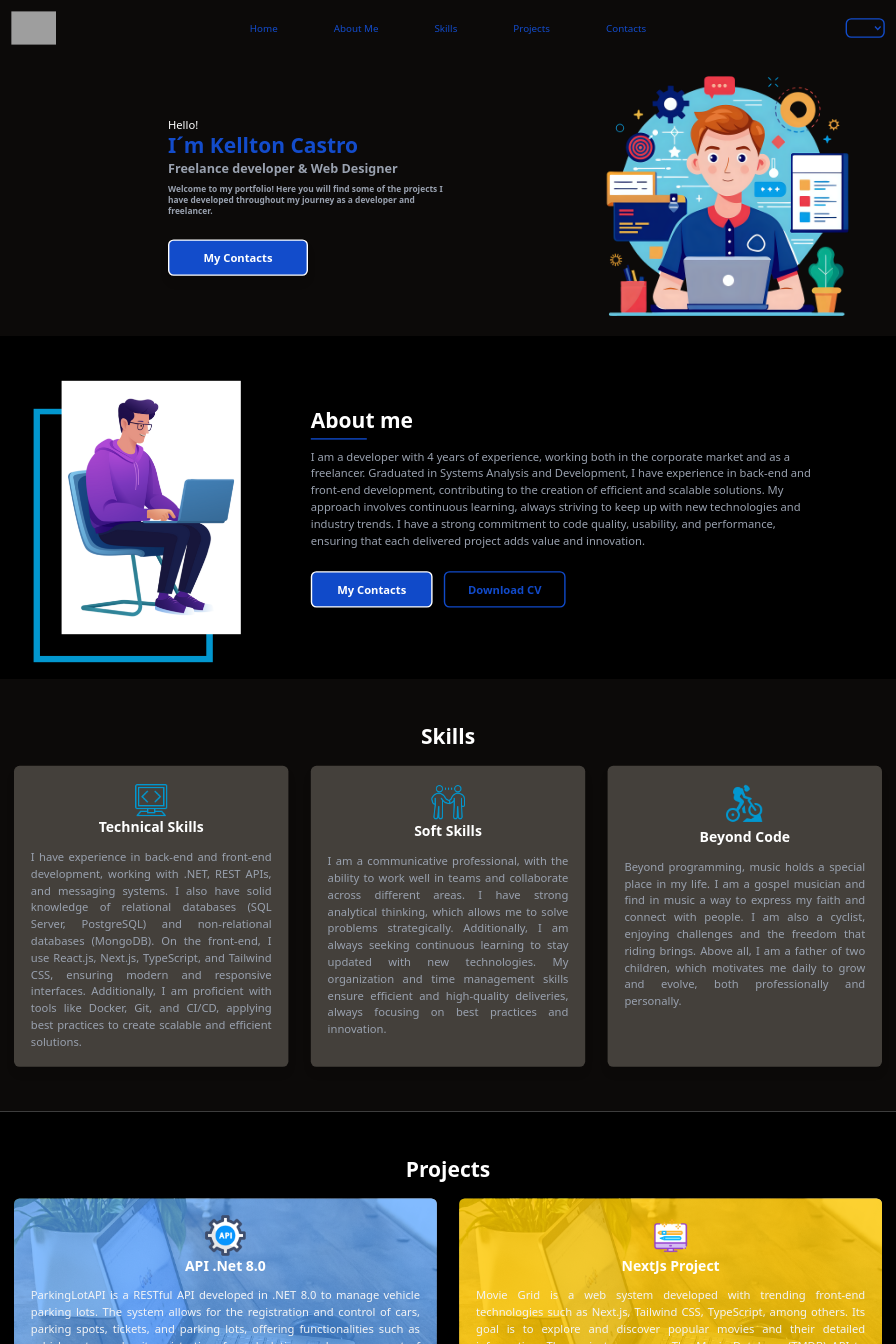
Repository: kcsdesenvolvedor/portfolio
Page: index.html
An editor plug-in stored every save of this project. The page is shown before and after the next save, followed by the edit.
The browser window is 1280 px wide. The pictures show the part of the page from y = 0 to 1920 px (the page is 2838 px tall), at 70% of full size.
Pictures or frames that could not be fetched are drawn as grey boxes.

Above is the page before, as saved 2025-03-26 17:39:57.
Console error: TypeError: Cannot read properties of null (reading 'textContent')

After the next save:
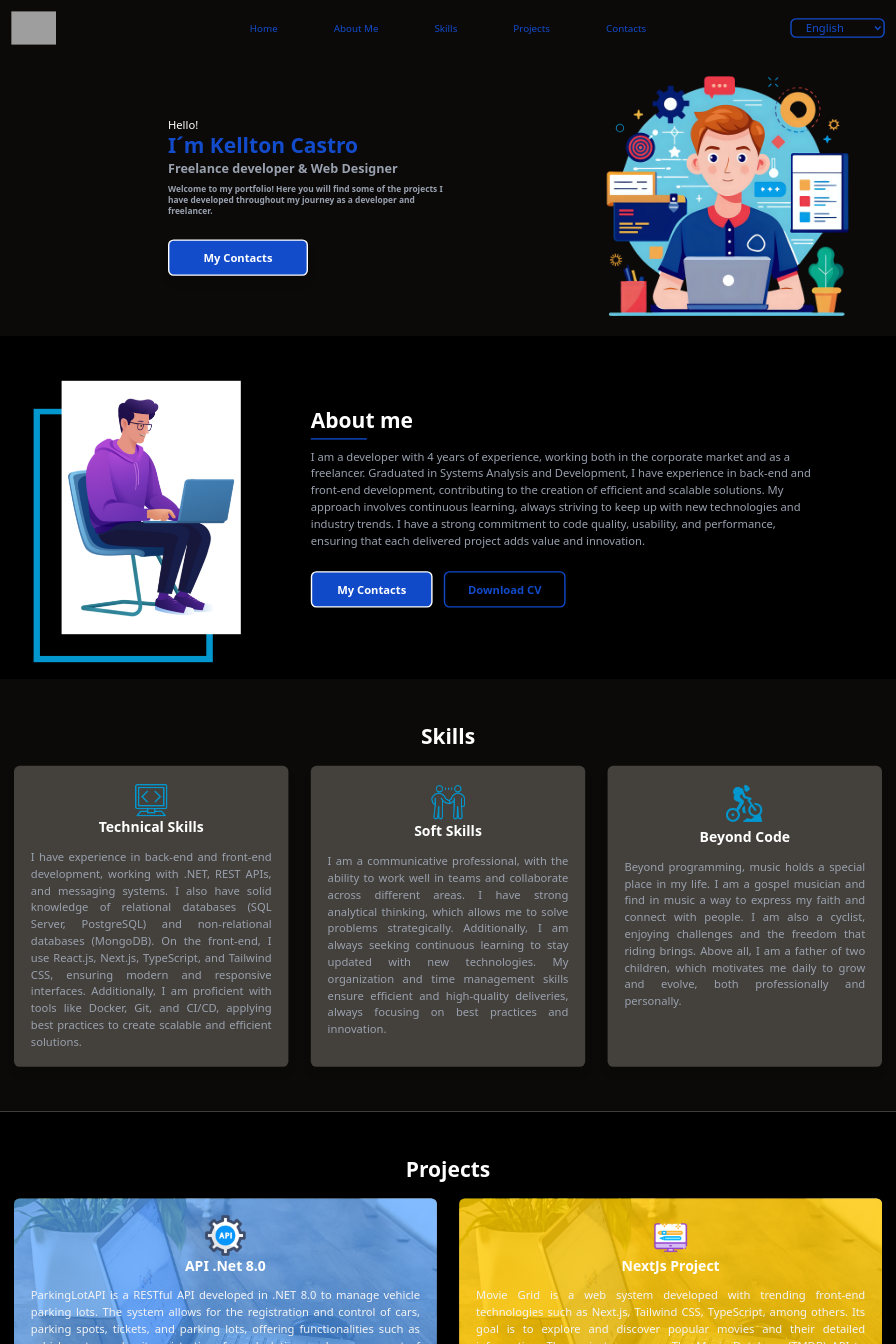
Saved 3 min 27 s later.
--- a/index.html
+++ b/index.html
@@ -70,7 +70,7 @@
             <li><a class="text-sm text-blue-600/80 dark:text-sky-400/80 hover:text-white" href="#contact" data-i18n="contacts"></a></li>
             </ul>
             <div class="w-lg">
-                <select id="language-select" class="border-2 border-blue-600/80 dark:border-sky-400/80 text-blue-600/80 dark:text-sky-400/80 bg-transparent rounded-lg px-4 py-2 w-lg" data-i18n="language">
+                <select id="language-select" class="border-2 border-blue-600/80 dark:border-sky-400/80 text-blue-600/80 dark:text-sky-400/80 bg-transparent rounded-lg px-4 py-2 w-lg">
                     <option value="en">English</option>
                     <option value="pt">Português</option>
                 </select>
